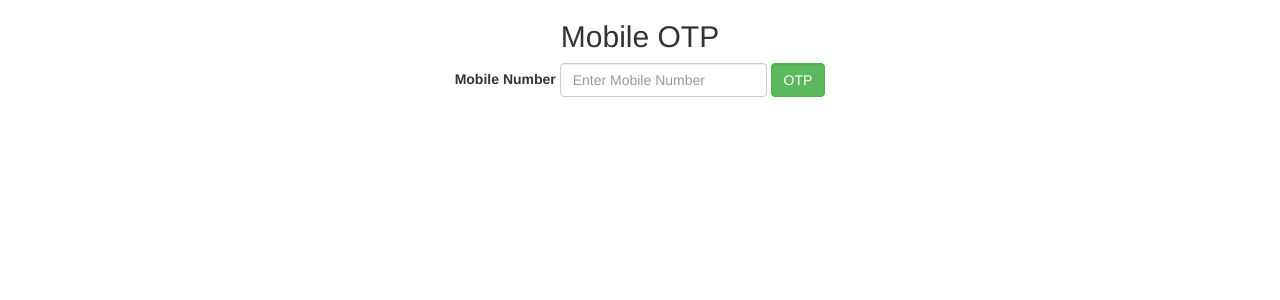
Repository: singhmohan333/springframework
Page: http://localhost/HelloWorld/
An editor plug-in stored every save of this project. The page is shown before and after the next save, followed by the edit.
The browser window is 1280 px wide. The pictures show the whole page.
Some web libraries are served in a nearby version. The page is served by Tomcat 9. Nobody is signed in. The application's start-up code is not run.

Above is the page before, as saved 2018-01-25 02:16:25.
Console error (its wording comes from the project's code and is left out).

After the next save:
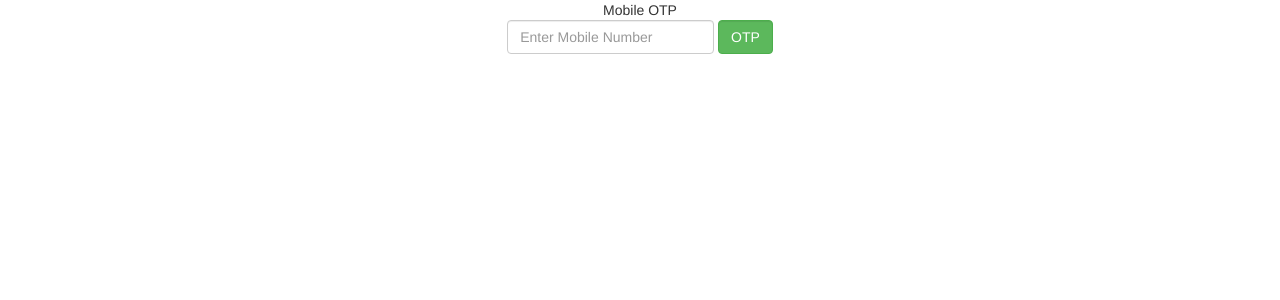
Saved 88 s later.
--- a/HelloWorld/src/main/webapp/index.jsp
+++ b/HelloWorld/src/main/webapp/index.jsp
@@ -14,10 +14,10 @@
 </head>
 <body bgcolor="pink" alink="red" vlink="blue">
 <center>
-		<h2>Mobile OTP</h2>
+		<level> Mobile OTP </level>
 		<div class="form-group">
 		<form class="form-inline" onclick="/SMSClass">
-		<label for="mobilenumber">Mobile Number</label> <input class="form-control" type="text" name="mobileNo" placeholder="Enter Mobile Number">
+		<input class="form-control" type="text" name="mobileNo" placeholder="Enter Mobile Number">
 		<input class="form-control btn-success" type="submit" value="OTP">
 
 		</form>
